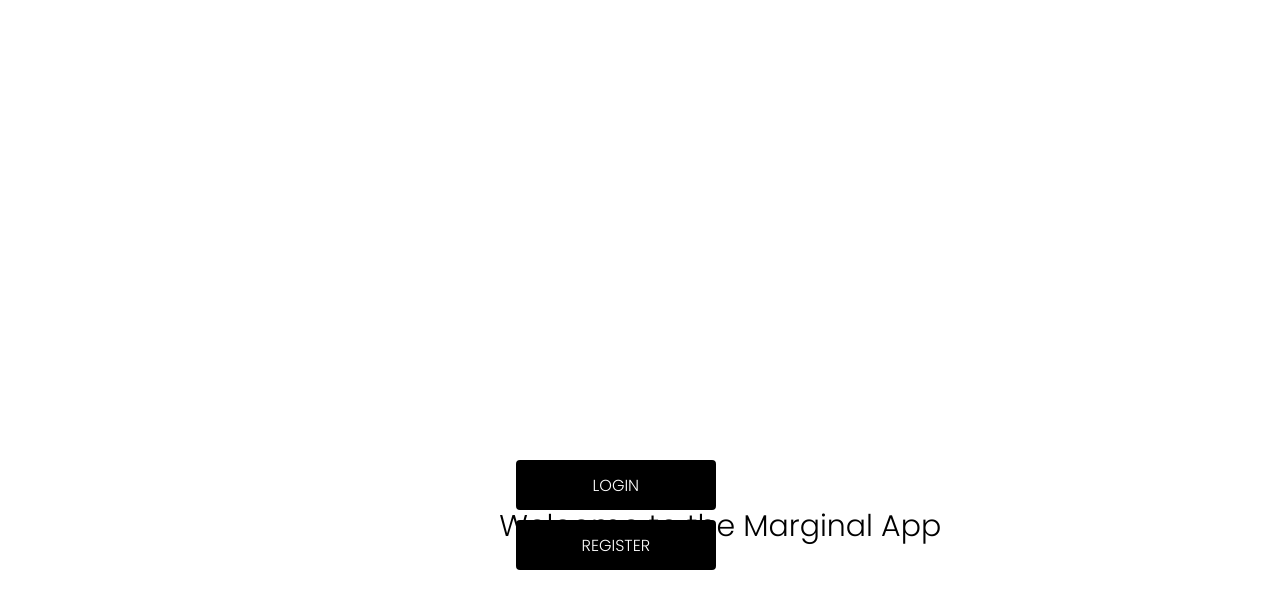
Repository: vu9ar/vu9ar.github.io
Page: WelcomePage/welcome.html
An editor plug-in stored every save of this project. The page is shown before and after the next save, followed by the edit.
The browser window is 1280 px wide. The pictures show the whole page.

Above is the page before, as saved 2022-03-27 19:36:46.

### WelcomePage/welcome.html
<!DOCTYPE html>
<html>

<head>
    <meta charset="UTF-8">
    <link rel="stylesheet" href="style.css">
    <link rel="preconnect" href="https://fonts.gstatic.com" crossorigin>
    <link href="https://fonts.googleapis.com/css2?family=Poppins:wght@300&display=swap" rel="stylesheet">
    <link href="https://fonts.googleapis.com/css2?family=Poppins:wght@600&display=swap" rel="stylesheet">
    <meta name="viewport" content="width-device-width, initial-scale=1.0">
    <title>TMHL</title>
</head>


<body>

    <div class="intro">
        <h1 class="logo-header">
            <span class="Logo">Mar</span> <span class="Logo">ginal</span>
        </h1>
    </div>

    <form action="../loginRegister/loginForVerified.html">
        <button class="button">LOGIN</button>
    </form>

    <form action="/loginRegister/guestToVerifiedRegister.html">
        <button class="button">REGISTER</button>
    </form>

    <header class="headerWelcome">Welcome to the Marginal App</header>
    <script src="app.js"></script>

</body>


</html>

### WelcomePage/style.css
* {
    margin: 0;
    padding: 0;
    box-sizing: border-box;
    font-family: 'Poppins', sans-serif;
}


/* Splash */

.intro {
    position: fixed;
    z-index: 1;
    left: 0;
    right: 0;
    width: 100%;
    height: 100vh;
    background-color: #161616;
    transition: 1s;
}

.logo-header {
    position: absolute;
    top: 40%;
    left: 50%;
    transform: translate(-50%, -50%);
    color: #ffffff;
}

.Logo {
    position: relative;
    display: inline-block;
    bottom: -20px;
    opacity: 0;
}

.Logo.active {
    bottom: 0;
    opacity: 1;
    transition: ease-in-out 0.5s;
}

.Logo.fade {
    bottom: 150px;
    opacity: 0;
    transition: ease-in-out 0.5;
}

.button {
    width: 200px;
    height: 50px;
    left: 40.3%;
    top: 450px;
    margin-top: 10px;
    bottom: 50%;
    border: none;
    color: white;
    border-radius: 4px;
    transition: ease-out 0.3s;
    font-size: 1rem;
    outline: none;
    border: 3px solid black;
    position: relative;
    z-index: 1;
    background-color: black;
}

.button:hover {
    color: #ffffff;
    cursor: pointer;
}

.button:before {
    transition: 0.5s all ease;
    position: absolute;
    top: 0;
    left: 50%;
    right: 50%;
    bottom: 0;
    opacity: 0;
    content: "";
    background-color: #42BFB2;
}

.button:hover:before {
    transition: 0.5s all ease;
    left: 0;
    right: 0;
    opacity: 1;
    z-index: -1;
}

.headerWelcome {
    position: fixed;
    margin-top: 30%;
    margin-left: 39%;
    width: 100%;
    height: 60px;
    font-size: 30px;
}

### WelcomePage/app.js
let intro = document.querySelector('.intro');
let logo = document.querySelector('.logo-header');
let logoSpan = document.querySelectorAll('.Logo');
let button = document.querySelectorAll('.button');

window.addEventListener('DOMContentLoaded', () => {

    setTimeout(() => {

        logoSpan.forEach((span, idx) => {
            setTimeout(() => {
                span.classList.add('active');
            }, (idx + 1) * 400);
        });

        setTimeout(() => {
            logoSpan.forEach((span, idx) => {

                setTimeout(() => {
                    span.classList.remove('active');
                    span.classList.add('fade');
                }, (idx + 1) * 50);
            })
        }, 2000);


        setTimeout(() => {
            intro.style.top = '-100vh';
        }, 2300);

    });
});

After the next save:
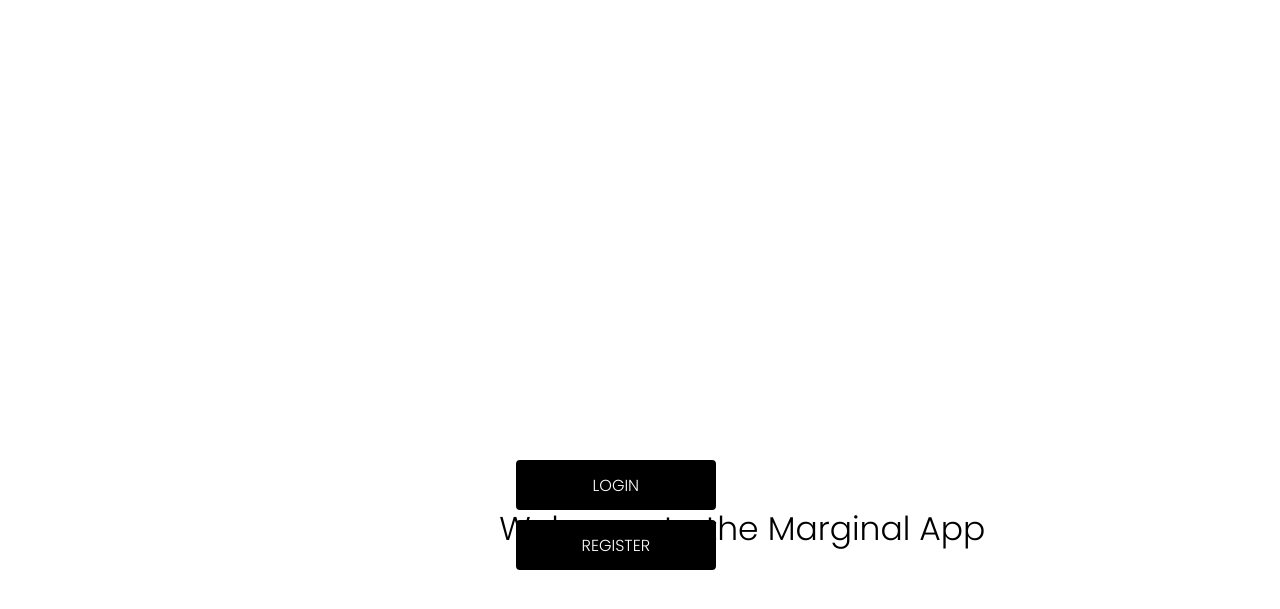
Saved 10 s later.
--- a/WelcomePage/style.css
+++ b/WelcomePage/style.css
@@ -96,5 +96,5 @@
     margin-left: 39%;
     width: 100%;
     height: 60px;
-    font-size: 30px;
+    font-size: 33px;
 }
